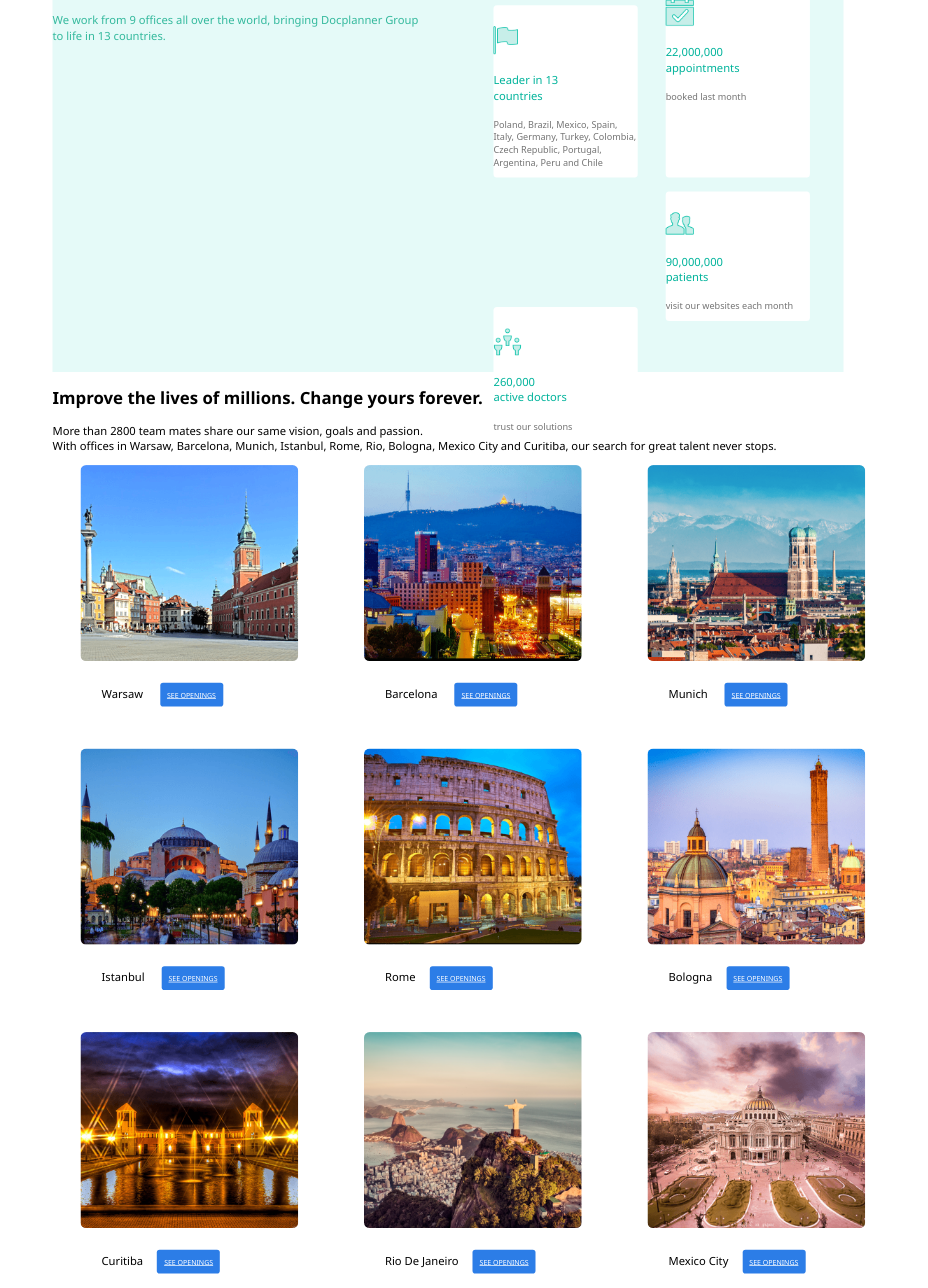
Repository: awa-creator/Checkpoint4
Page: doc.html
The author's editor kept a copy of each file at every save. The page is drawn from the files as they stood at one save, then again after the next save.
The browser window is 1280 px wide. The page is 1325 px wide, so the pictures cover 1325 px, including what lies to the right of the window. The pictures show the part of the page from y = 1019 to 2859 px (the page is 3578 px tall before and 3535 px after), at 70% of full size.

Above is the page before, as saved 2024-09-24 14:54:30.

After the next save:
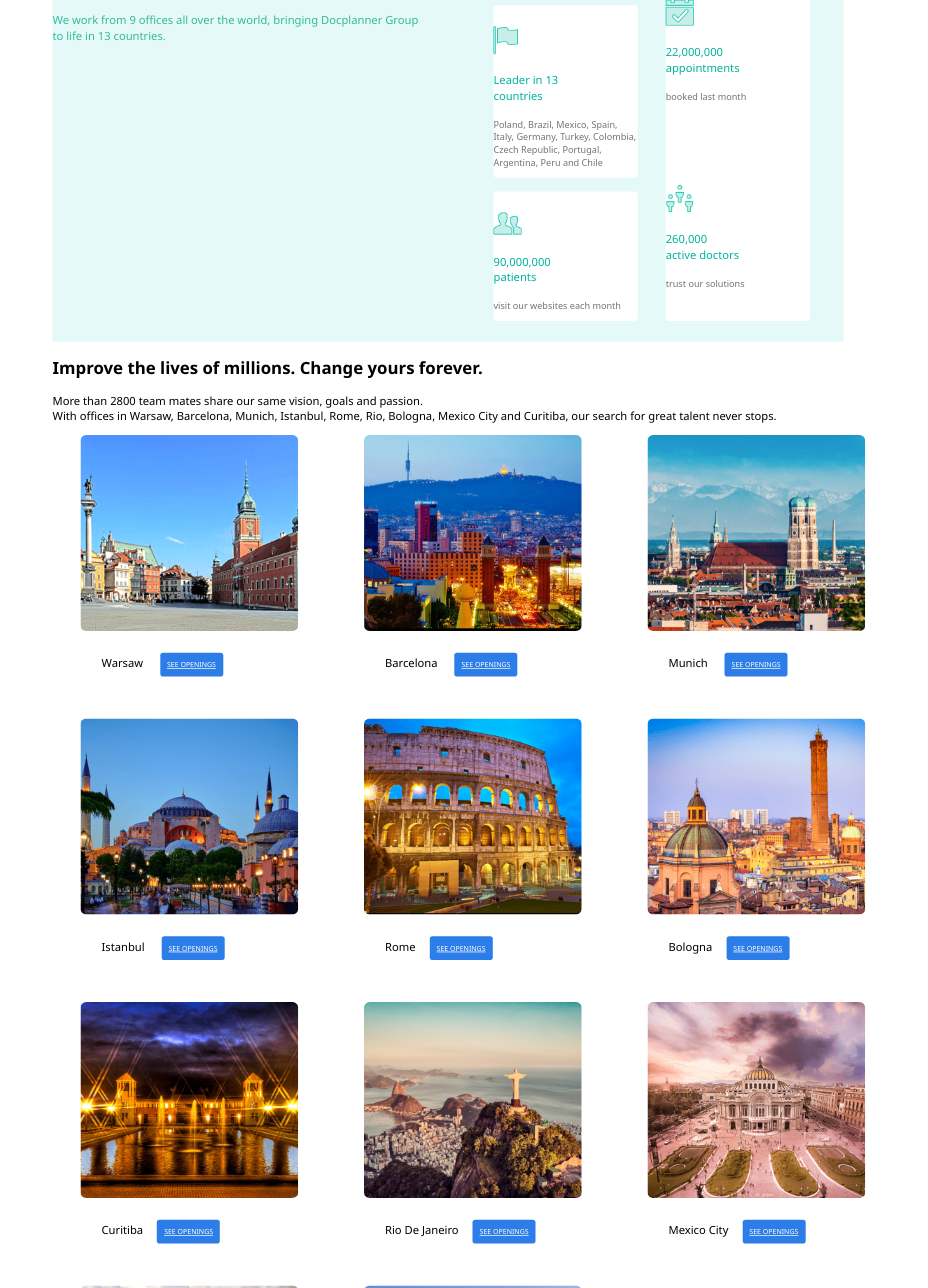
Saved 13 s later.
--- a/doc.html
+++ b/doc.html
@@ -114,7 +114,7 @@
                         </div>
                         <div class="column2">
                             <img class="ilog"  src="image/imagdocplanner/visits.png" alt=""> <h4 class="tittlegrid">22,000,000 <br>appointments</h4><p class="textgrid">booked last month</p>
-                                </div> <br>
+                                </div>
                  <div class="column1">
                     <img class="ilog"  src="image/imagdocplanner/patients.png" alt=""><h4 class="tittlegrid">90,000,000 <br>patients</h4><p class="textgrid">visit our websites each month</p>
                         </div>
